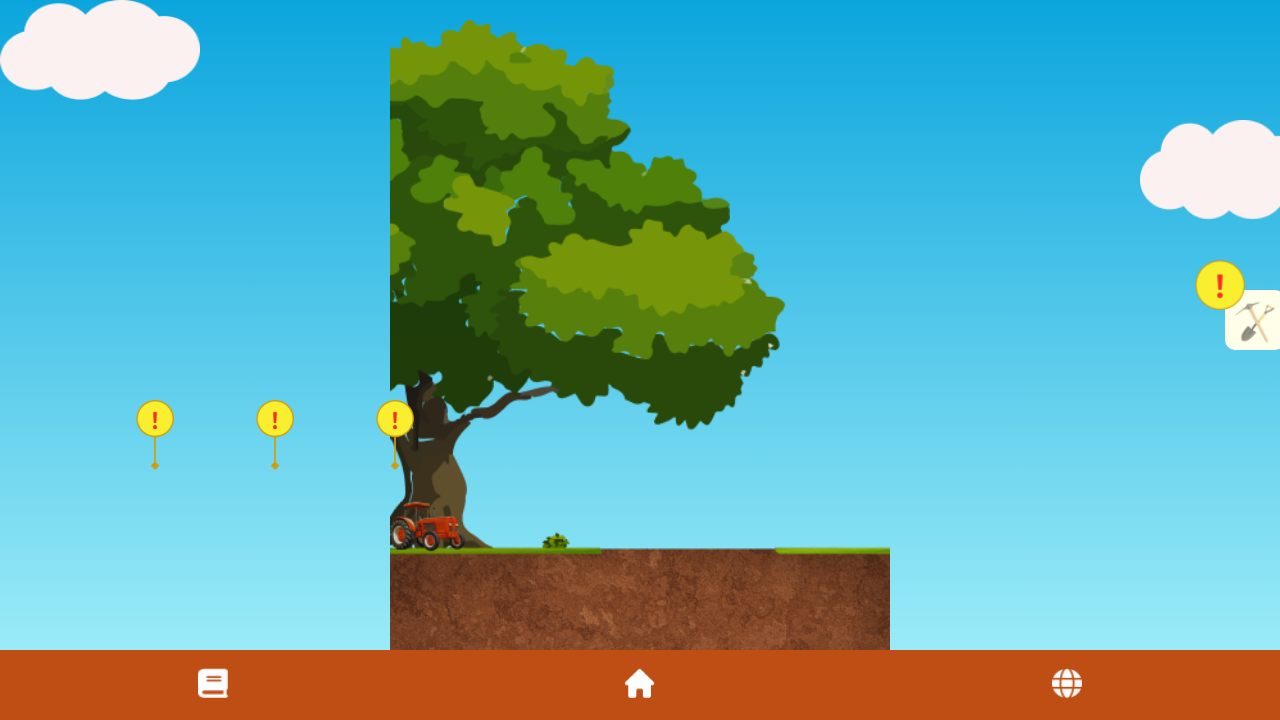
Repository: kobuchisouta/kome-app
Page: /
The author's editor kept a copy of each file at every save. The page is drawn from the files as they stood at one save, then again after the next save.
The browser window is 1280 px wide. The pictures show the whole page.
The project was rebuilt for these pictures with package versions that can differ from the ones it lists, and the page was loaded fresh each time. The framework's server and built-in components were replaced by stand-ins that run in the browser. Also part of the build but not shown: next.config.ts.

Above is the page before, as saved 2025-01-29 11:07:34.

### src/app/layout.tsx
import type { Metadata } from "next";
import localFont from "next/font/local";
import "./globals.css";
import Footer from "./components/footer/Footer";

const geistSans = localFont({
  src: "./fonts/GeistVF.woff",
  variable: "--font-geist-sans",
  weight: "100 900",
});
const geistMono = localFont({
  src: "./fonts/GeistMonoVF.woff",
  variable: "--font-geist-mono",
  weight: "100 900",
});

export const metadata: Metadata = {
  title: "Create Next App",
  description: "Generated by create next app",
};

export default function RootLayout({
  children,
}: Readonly<{
  children: React.ReactNode;
}>) {
  return (
    <html lang="ja">
      <body>
        <header>
        </header>
        <main>

          {children}
        </main>
        <Footer />
      </body>
    </html>

  );
}

### src/app/page.tsx
"use client";
import Head from 'next/head';
import Image from 'next/image';
import { useState } from 'react';
import styles from './page.module.css'; // モジュールCSS
import Link from 'next/link';

export default function Home() {
  const [isModalOpen, setIsModalOpen] = useState(false);

  const openModal = () => setIsModalOpen(true);
  const closeModal = () => setIsModalOpen(false);

  return (
    <>
      <Head>
        <title>米⭐︎すたー</title>
        <meta name="viewport" content="width=device-width,initial-scale=1.0,minimum-scale=1.0" />
        <meta name="description" content="ここに説明文を設定" />
      </Head>

      <main className={styles.main}>
        <div className={styles.contents}>
          <div className={styles.clouds}>
            <p className={styles.cloud1}>
              <Image src="/cloud1.png" alt="雲" width={200} height={100} />
            </p>
            <p className={styles.cloud2}>
              <Image src="/cloud2.png" alt="雲" width={170} height={100} />
            </p>
          </div>

          <div className={styles.tools}>
            <div className={styles.toolBar}>
              <p>
                <Image src="/tools.png" alt="道具" width={50} height={50} />
              </p>
            </div>
            <div className={styles.lookUp}>
              <p>
                <Image src="/pickup.png" alt="見て" width={50} height={50} />
              </p>
            </div>
          </div>

          <div className={styles.stages}>
            <div className={styles.stagePick}>
              <a className={`${styles.stage} ${styles.modalOpen}`} onClick={openModal}>
                <Image src="/pick.png" alt="クリック" width={70} height={70} />
              </a>
              <a className={`${styles.stage} ${styles.modalOpen}`} onClick={openModal}>
                <Image src="/pick.png" alt="クリック" width={70} height={70} />
              </a>
              <a className={`${styles.stage} ${styles.modalOpen}`} onClick={openModal}>
                <Image src="/pick.png" alt="クリック" width={70} height={70} />
              </a>
            </div>

            {isModalOpen && (
              <div className={styles.modal}>
                <div className={styles.modalInner}>
                  <div className={styles.modalContent}>
                    <div className={styles.modalHeader}>
                      <h1>土地選びと購入準備</h1>
                    </div>
                    <div className={styles.modalBody}>
                      <Link href={"/home"}>エリア調査</Link>
                      <Link href={"/home"}>土地の購入</Link>
                      <a href="#">土地の整地</a>
                      <a href="#">水利権の確認</a>
                      <a href="#">情報収集</a>
                    </div>
                    <div className={styles.modalFooter}>
                      <span className={styles.modalClose} onClick={closeModal}>
                        閉じる
                      </span>
                    </div>
                  </div>
                </div>
              </div>
            )}

            <div className={styles.stageImg}>
              <a className={styles.stage1}>
                <Image src="/ine.png" alt="稲" width={50} height={50} />
              </a>
              <a className={styles.stage2}>
                <Image src="/makimaki.png" alt="田植え" width={70} height={70} />
              </a>
              <a className={styles.stage3}>
                <Image src="/sawasawa.png" alt="手入れ" width={70} height={70} />
              </a>
            </div>
          </div>
        </div>
      </main>
    </>
  );
}

### src/app/globals.css
* {
	margin: 0;
	padding: 0;
	box-sizing: border-box;
}
body {
	color: var(--foreground);
	background: var(--background);
	font-family: Arial, Helvetica, sans-serif;
	-webkit-font-smoothing: antialiased;
	-moz-osx-font-smoothing: grayscale;
	display: flex;
	flex-direction: column;
	width: 100%;
	height: 100%;
	margin: 0 auto;
}

* {
	box-sizing: border-box;
	text-decoration: none;
	list-style: none;
}

html {
	width: 100%;
	height: 100vh;
}

### src/app/components/footer/Footer.tsx

import Image from 'next/image';
import styles from './style.module.css';

export default function Footer() {
    return (
        <footer className={styles.footer}>
            <a href='/book' className={styles.book}>
                <Image src="/book.png" alt="book" width={30} height={30} />
            </a>
            <a href='/' className={styles.home}>
                <Image src="/house.png" alt="house" width={30} height={30} />
            </a>
            <a href='/news' className={styles.globe}>
                <Image src="/globe.png" alt="globe" width={30} height={30} />
            </a>
        </footer>
    );
}

### src/app/page.module.css
.main {
	background: url("/tree.png"), linear-gradient(#0ba5dd 0%, #aaf3fa 100%);
	background-repeat: no-repeat, no-repeat;
	background-position: bottom, center; /* 画像を中央に配置 */
	background-size: 500px 700px, auto; /* グラデーションは自動サイズ、画像はカバー */
	width: 100%;
	height: 100vh;
	position: fixed;
}

.contents {
	z-index: 100;
}

.clouds {
	.cloud1 {
		position: absolute;
	}

	.cloud2 {
		position: absolute;
		top: 120px;
		right: -30px;
	}
}
.tools {
	background: #fffee9;
	border-radius: 10px;
	width: 60px;
	height: 60px;
	position: absolute;
	right: -5px;
	top: 290px;

	.toolBar img {
		position: absolute;
		top: 8px;
		left: 4px;
	}

	.lookUp img {
		position: absolute;
		left: -30px;
		top: -30px;
	}
}

.stages {
	.stageImg {
		position: relative;
		display: flex;
		gap: 50px;
		top: 692px;
		left: 130px;
	}

	.stagePick {
		position: absolute;
		bottom: 220px;
		left: 120px;
		display: flex;
		gap: 20px;
		align-items: flex-end;
		background-color: transparent; /* 必要に応じて透明に設定 */
	}
	.stagePick:hover {
		animation: poyopoyo 2s ease-out infinite;
		opacity: 1;
	}
	@keyframes poyopoyo {
		0%,
		40%,
		60%,
		80% {
			transform: scale(1.0);
		}
		50%,
		70% {
			transform: scale(0.95);
		}
	}

	.stagePick {
		background-color: none;
	}

	.stage {
		position: relative;
		width: 100px;
		height: 100px;
	}
	.stage img {
		object-fit: contain;
	}
}

.modal {
	position: fixed;
	top: 0;
	left: 0;
	width: 100%;
	height: 100%;
	background-color: rgba(0, 0, 0, 0.5);
	display: flex;
	justify-content: center;
	align-items: center;
	z-index: 1000;
}

.modalInner {
	background-color: #f2ac3b;
	padding: 20px;
	border-radius: 10px;
	width: 80%;
	max-width: 500px;
}

.modalHeader,
.modalBody,
.modalFooter {
	margin-bottom: 10px;
	display: flex;
	justify-content: center;
	align-items: center;
	flex-direction: column;
	gap: 10px;
}

.modalHeader h1 {
	color: #fff;
	font-size: 1.5rem;
}

.modalBody a {
	color: #fff;
	border: #fff solid 1px;
	width: 100%;
	height: 50px;
	font-weight: bold;
	text-align: center;
	line-height: 50px;
	border-radius: 8px;
}

.modalClose {
	width: 150px;
	height: 50px;
	border-radius: 8px;
	text-align: center;
	line-height: 50px;
	background: #fff;
}
@keyframes modalopen {
	from {
		opacity: 0;
	}
	to {
		opacity: 1;
	}
}

.modal-header h1 {
	margin: 1rem 0;
}

.modal-close {
	font-size: 1.8rem;
}

.modal-close:hover {
	cursor: pointer;
}

### src/app/components/footer/style.module.css
.footer {
	width: 100%;
	height: 70px;
	display: flex;
	justify-content: space-around;
	align-items: center;
	background: #be4e14;
	z-index: 100;
	position: fixed;
	bottom: 0;
}

After the next save:
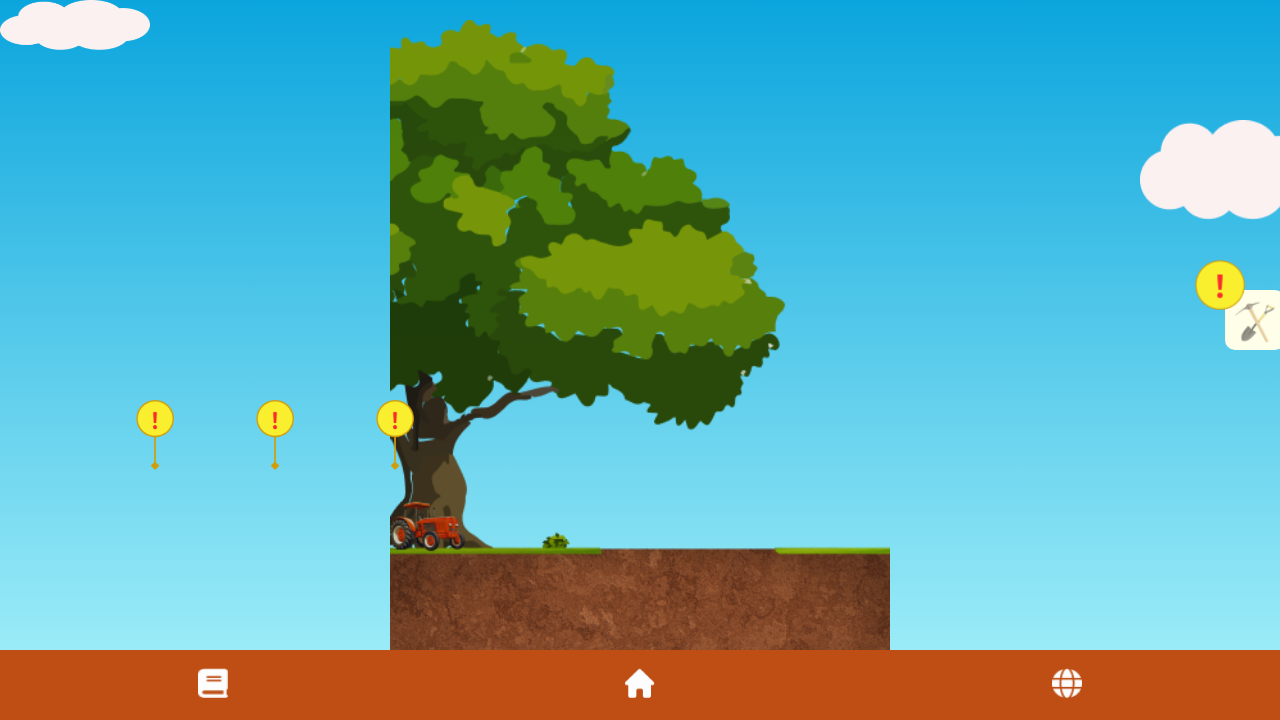
Saved 8 s later.
--- a/src/app/page.tsx
+++ b/src/app/page.tsx
@@ -23,7 +23,7 @@ export default function Home() {
         <div className={styles.contents}>
           <div className={styles.clouds}>
             <p className={styles.cloud1}>
-              <Image src="/cloud1.png" alt="雲" width={200} height={100} />
+              <Image src="/cloud1.png" alt="雲" width={150} height={50} />
             </p>
             <p className={styles.cloud2}>
               <Image src="/cloud2.png" alt="雲" width={170} height={100} />
